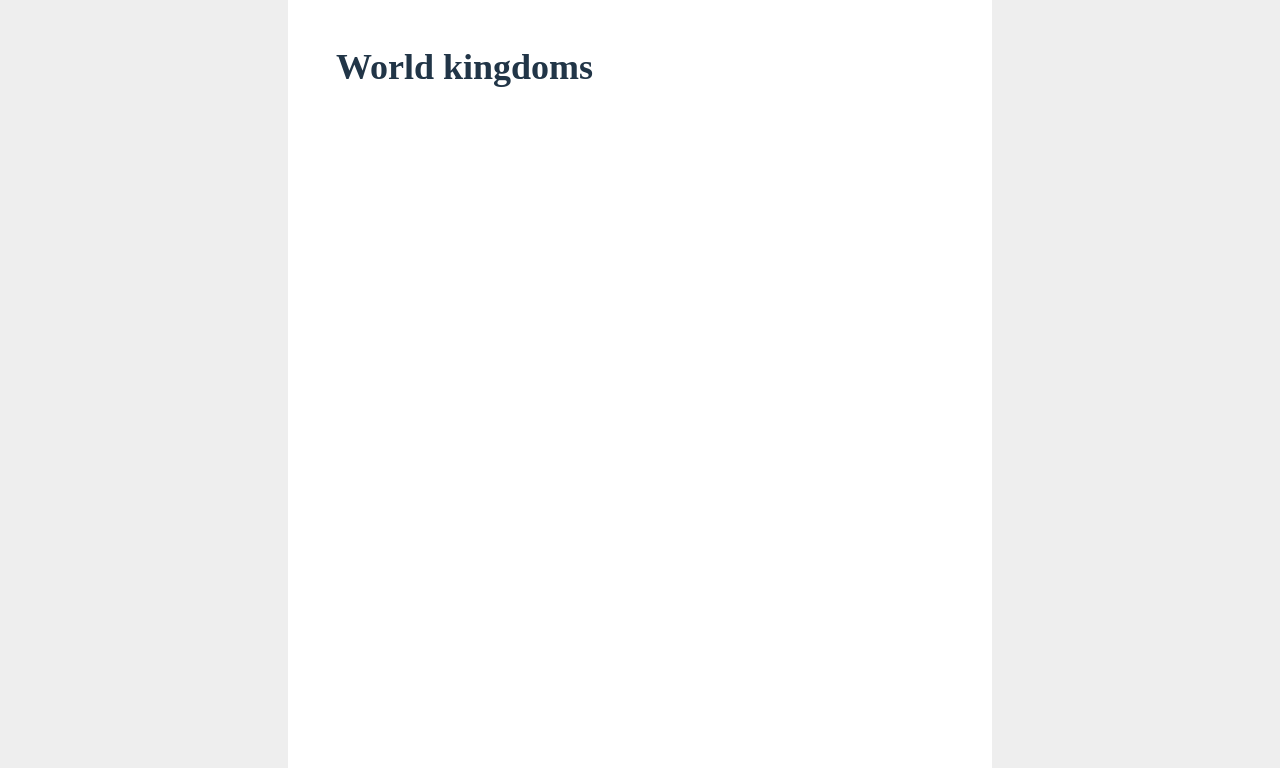
Repository: SamanthaYan298/my_world_kingdoms
Page: /
These files come from the project's save history. The page is drawn as it stood at one moment and after the next save; the edit follows.
The browser window is 1280 px wide. The pictures show the whole page.
The page's requests for data from a server got no answer. The project was rebuilt for these pictures with package versions that can differ from the ones it lists, and the page was loaded fresh each time. No one was signed in, and anything a server would have sent is missing. Also part of the build but not shown: vite.config.js.

Above is the page before, as saved 2024-11-20 18:11:54.

### src/App.jsx
import { useEffect, useState } from 'react'
import './App.css'
import Countries from '../components/Countries';

function App() {

  const [query, setQuery] = useState('');
  const [countries, setCountries] = useState([]);
  const [fetchStatus, setFetchStatus] = useState('idle');

  // load data on mount - only load once
  useEffect(() => {
    const url = ` https://restcountries.com/v3.1/name/kingdom`;

    async function fetchData() {
      let response, data;
      try{
        setFetchStatus('loading');
        response = await fetch(url);
        data = await response.json();
        setCountries(data);
        setFetchStatus('idle');
      } catch(e) {
        setFetchStatus('error');
        console.error(e.message);
      }
    }

    fetchData();

  }, [query]);

  let filteredCountries = [...countries];

  return (
    <>
    <div className='countries'>
      <h1>World kingdoms</h1>
      <Countries countries={filteredCountries} />
    </div>

    </>
  )
}

export default App

### src/App.css
#root {
  width: 100%;
  height: 100%;
  margin: 0 auto;
  padding: 0 2rem;
  text-align: center;
  background-color: #eee;
  font-family: "DM Serif Text", serif;
  font-weight: 400;
  font-style: normal;
}

h1 {
  display: block;
  font-size: 1.5em;
  margin-block-start: 0.67em;
  margin-block-end: 0.67em;
  margin-inline-start: 0px;
  margin-inline-end: 0px;
  font-weight: bold;
  unicode-bidi: isolate;
  text-align: left;
}

.countries {
  width: 50%;
  background: #fff;
  margin: 0 auto;
  font-size: 1.5em;
  padding: 1em 2em;
  height: 100vh;
  text-align: left;
}

img {
  width: 50%;
}

p {
  padding: 0;
}

### components/Countries.jsx
import '../src/App.css'

function Countries({ countries }) {

    return (
      <div className='outer-container'>
        {countries.map((country, index) => (
            <div key={index} className='cards-container'>
              <div className='cards'>
                <div className='cards-header'>
                  <div>
                    <img src={country.flags.png} alt={`Flag of ${country.name.common}`} />
                  </div>
                  <h4 className='name'>{country.name.common}</h4>
                </div>
                <div>
                  <div className='country-info'>
                    <p>
                      <span><strong>Capital: </strong></span>
                      <span>{country.capital}</span>
                    </p>
                    <p>
                      <span><strong>Location in: </strong></span>
                      <span className='borders'>{country.subregion}</span>
                    </p>
                  </div>
                </div>
              </div>
            </div>
          ))}
      </div>
    );
  }

  export default Countries;

Loaded but not shown: index.html (common file); src/main.jsx (common file); src/index.css (common file)

After the next save:
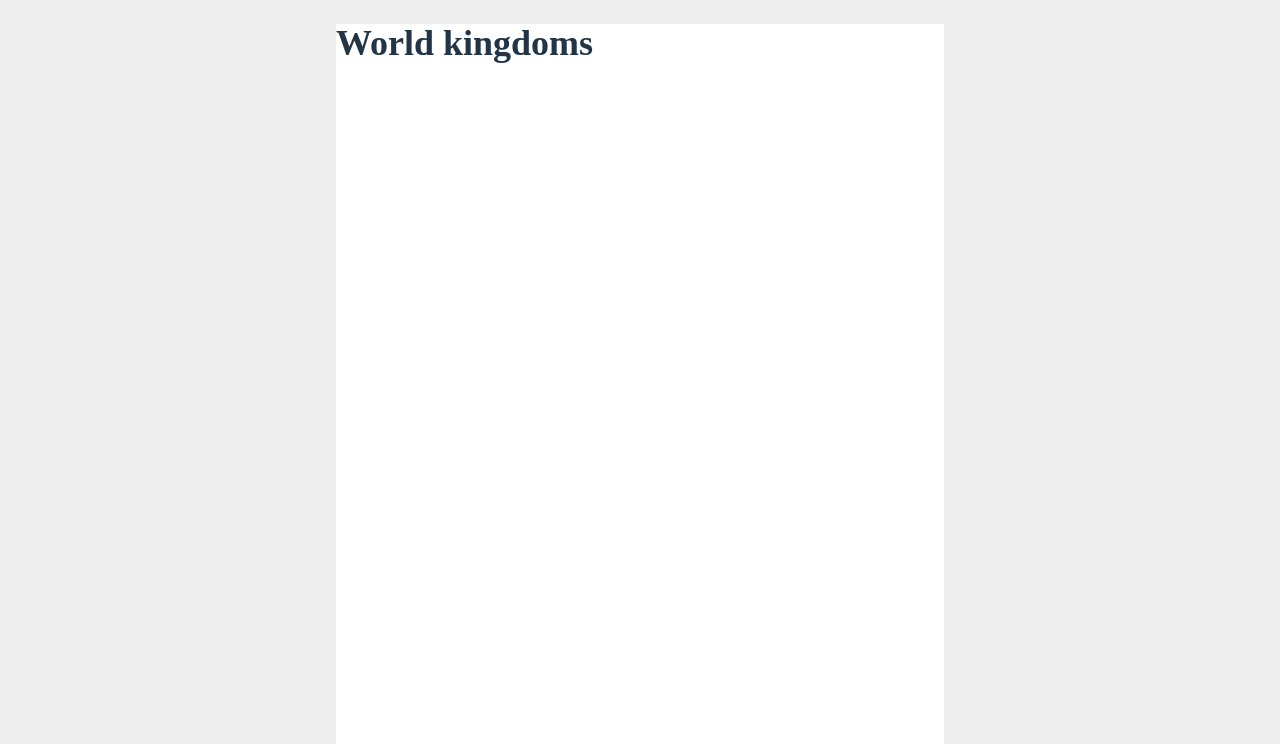
Saved 45 s later.
--- a/src/App.css
+++ b/src/App.css
@@ -27,7 +27,6 @@
   background: #fff;
   margin: 0 auto;
   font-size: 1.5em;
-  padding: 1em 2em;
   height: 100vh;
   text-align: left;
 }

After the save that followed:
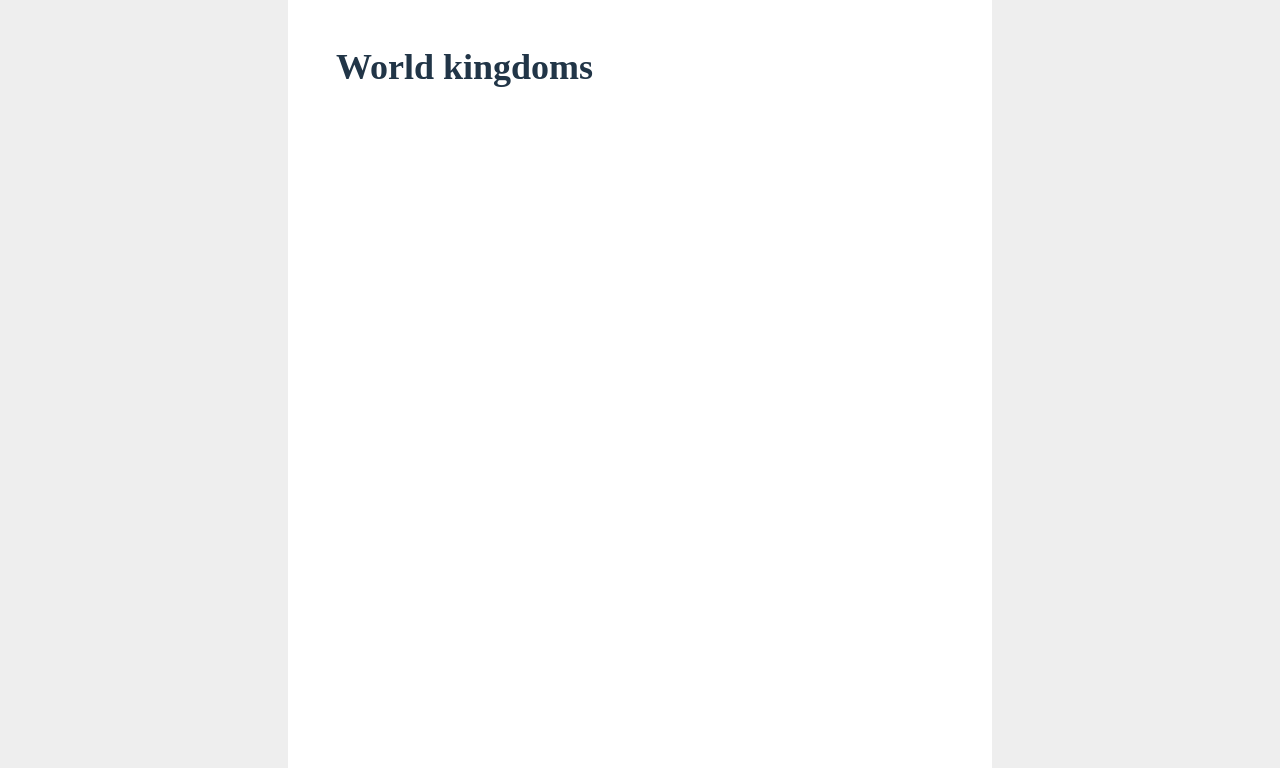
Saved 5 s later.
--- a/src/App.css
+++ b/src/App.css
@@ -27,6 +27,7 @@
   background: #fff;
   margin: 0 auto;
   font-size: 1.5em;
+  padding: 1em 2em;
   height: 100vh;
   text-align: left;
 }
